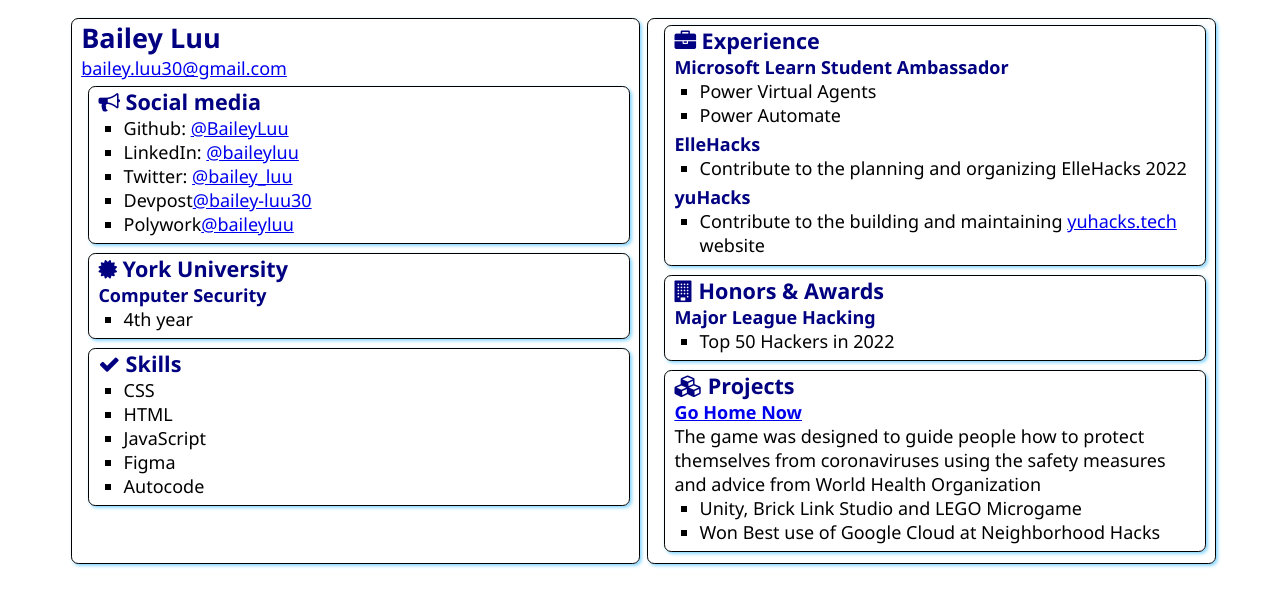
Repository: BaileyLuu/SATechnicalOnboarding
Page: src/index.html
These files come from the project's save history. The page is drawn as it stood at one moment and after the next save; the edit follows.
The browser window is 1280 px wide. The pictures show the whole page.

Above is the page before, as saved 2022-07-27 21:05:14.

### src/index.html
<!DOCTYPE html>
<html lang="en">
<head>
    <meta charset="UTF-8">
    <meta http-equiv="X-UA-Compatible" content="IE=edge">
    <meta name="viewport" content="width=device-width, initial-scale=1.0">
    <title>Resume</title>

    <link rel="stylesheet" href="style.css">
    <link rel="stylesheet" href="https://cdnjs.cloudflare.com/ajax/libs/font-awesome/4.7.0/css/font-awesome.min.css">
</head>
<body>
    <main>
        <article class="box">
            <h1>Bailey Luu</h1>
            <div><a href="mailto:bailey.luu30@gmail.com">bailey.luu30@gmail.com</a></div>

            <section class="box">
                <h2>
                    <i class="fa fa-bullhorn" aria-hidden="true"></i>
                    Social media
                </h2>
                <ul>
                    <li>Github: <a href="https://github.com/BaileyLuu">@BaileyLuu</a></li>
                    <li>LinkedIn: <a href="https://linkedin.com/in/baileyluu">@baileyluu</a></li>
                    <li>Twitter: <a href="https://twitter.com/bailey_luu">@bailey_luu</a></li>
                    <li>Devpost<a href="https://devpost.com/bailey-luu30">@bailey-luu30</a></li>
                    <li>Polywork<a href="https://www.polywork.com/baileyluu">@baileyluu</a></li>
                </ul>
            </section>

            <section class="box">
                <div class="education">
                    <h2>
                        <i class="fa fa-certificate" aria-hidden="true"></i>
                        York University
                    </h2>
                    <h3>Computer Security</h3>
                    <ul>

                        <li>4th year</li>
                    </ul>
                </div>
            </section>

            <section class="box">
                <h2>
                    <i class="fa fa-check" aria-hidden="true"></i>
                    Skills
                </h2>
                <ul>
                    <li>CSS</li>
                    <li>HTML</li>
                    <li>JavaScript</li>
                    <li>Figma</li>
                    <li>Autocode</li>
                </ul>
            </section>
        </article>
        <article class="box">
            <section class="box">
                <h2>
                    <i class="fa fa-briefcase" aria-hidden="true"></i>
                    Experience
                </h2>
                <h3>Microsoft Learn Student Ambassador</h3>
                <ul>
                    <li>Power Virtual Agents</li>
                    <li>Power Automate</li>
                </ul>
                <h3>ElleHacks</h3>
                <ul>
                    <li>Contribute to the planning and organizing ElleHacks 2022</li>
                </ul>
                <h3>yuHacks</h3>
                <ul>
                    <li>Contribute to the building and maintaining <a href="http://yuhacks.tech">yuhacks.tech</a> website </li>
                </ul>
            </section>
            <section class="box">
                <h2>
                    <i class="fa fa-building" aria-hidden="true"></i>
                    Honors & Awards
                </h2>

                <h3>Major League Hacking</h3>
                <ul>
                    <li>Top 50 Hackers in 2022</li>

                </ul>
            </section>
            <section class="box">
                <h2>
                    <i class="fa fa-cubes" aria-hidden="true"></i>
                    Projects
                </h2>

                <h3><a href="https://devpost.com/software/go-home-now">Go Home Now</a></h3>
                <div>The game was designed to guide people how to protect themselves from coronaviruses using the safety measures and advice from World Health Organization</div>
                <ul>
                    <li>Unity, Brick Link Studio and LEGO Microgame</li>
                    <li>Won Best use of Google Cloud at Neighborhood Hacks</li>
                </ul>
            </section>
        </article>

    </main>
</body>
</html>

Loaded but not shown: src/style.css (common file)

After the next save:
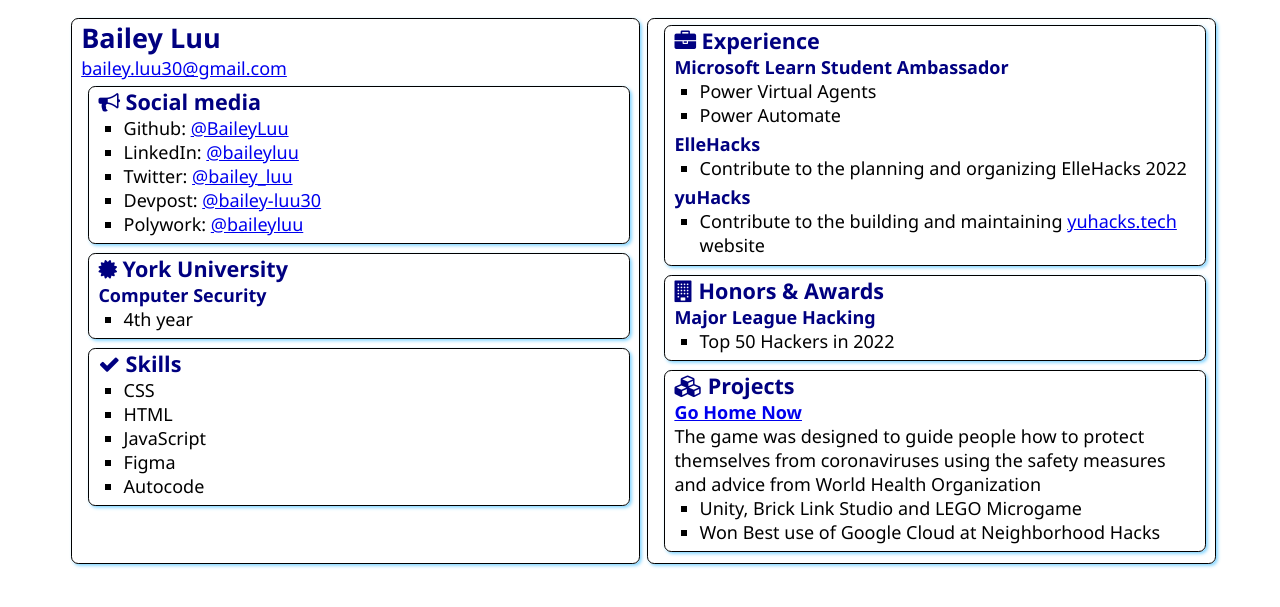
Saved 14 s later.
--- a/src/index.html
+++ b/src/index.html
@@ -24,8 +24,8 @@
                     <li>Github: <a href="https://github.com/BaileyLuu">@BaileyLuu</a></li>
                     <li>LinkedIn: <a href="https://linkedin.com/in/baileyluu">@baileyluu</a></li>
                     <li>Twitter: <a href="https://twitter.com/bailey_luu">@bailey_luu</a></li>
-                    <li>Devpost<a href="https://devpost.com/bailey-luu30">@bailey-luu30</a></li>
-                    <li>Polywork<a href="https://www.polywork.com/baileyluu">@baileyluu</a></li>
+                    <li>Devpost: <a href="https://devpost.com/bailey-luu30">@bailey-luu30</a></li>
+                    <li>Polywork: <a href="https://www.polywork.com/baileyluu">@baileyluu</a></li>
                 </ul>
             </section>
 
